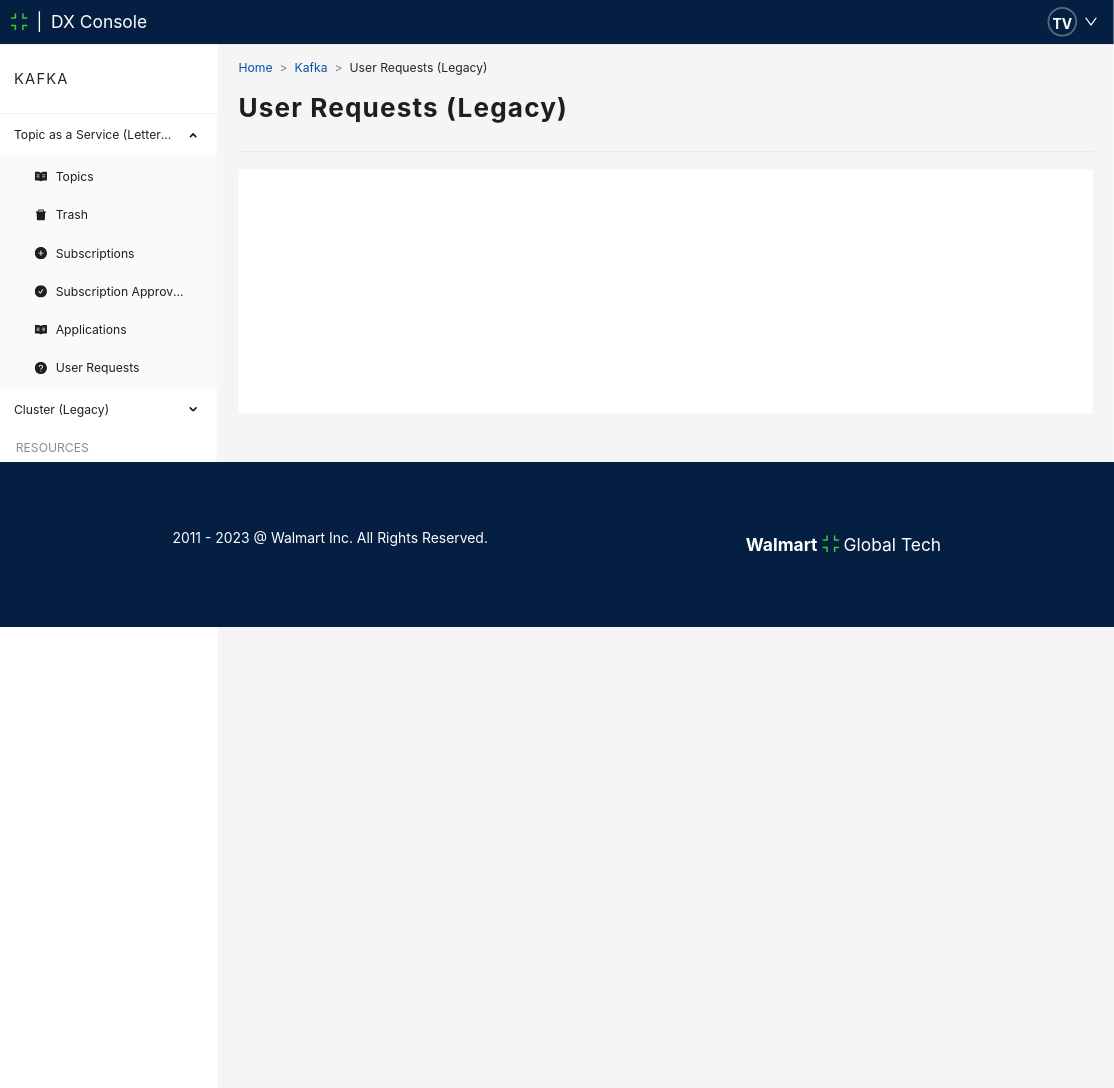
Repository: Qianying-Chai/kafka
Page: /kafka/support
An editor plug-in stored every save of this project. The page is shown before and after the next save, followed by the edit.
The browser window is 1280 px wide. The pictures show the whole page, at 87% of full size.
The project was rebuilt for these pictures with package versions that can differ from the ones it lists, and the page was loaded fresh each time. Also part of the build but not shown: src/pages/Components/ComponentsTable.jsx, src/pages/Components/ComponentsInput.jsx, src/pages/Components/ComponentsPagination.jsx, src/pages/Taas/Topics/Topics.jsx, src/pages/Taas/Trash/Style/Trash.css, src/pages/Taas/Trash/Trash.jsx, src/pages/Taas/SubscriptionApprovals/SubscriptionApprovals.jsx, src/pages/Taas/Subscriptions/SubscriptionsNonProxy/SubscriptionsNonProxy.jsx and 9 more.

Above is the page before, as saved 2024-01-12 23:30:39.

### src/index.js
import React from "react";
import ReactDOM from "react-dom/client";
import App from "./App";
import { BrowserRouter } from "react-router-dom";
import { Provider } from "react-redux";
import store from "../src/redux/store";
import "./style/index.css";

const root = ReactDOM.createRoot(document.getElementById("root"));
root.render(
  <Provider store={store}>
    <BrowserRouter>
      <App />
    </BrowserRouter>
  </Provider>
);

### src/App.js
import Header from "./pages/common/Header";
import Sider from "./pages/common/Sider.jsx";
import categoryConstants from "./pages/common/categoryConstants";
import Topics from "./pages/Taas/Topics/Topics";
import Trash from "./pages/Taas/Trash/Trash";
import SubscriptionApprovals from "./pages/Taas/SubscriptionApprovals/SubscriptionApprovals";
import SubscriptionsNonProxy from "./pages/Taas/Subscriptions/SubscriptionsNonProxy/SubscriptionsNonProxy";
import SubscriptionsProxy from "./pages/Taas/Subscriptions/SubscriptionsProxy/SubscriptionsProxy";
import Applications from "./pages/Taas/Applications/Applications";
import UserRequests from "./pages/Taas/UserRequests/UserRequests";
import Clusters from "./pages/Cluster/Clusters";
import MigratedClusters from "./pages/Cluster/MigratedClusters";
import Subscription from "./pages/Cluster/Subscription";
import UserRequestsLegacy from "./pages/Cluster/UserRequestsLegacy";
import Support from "./pages/Resources/Support";
import Footer from "./pages/common/Footer";
import { Routes, Route } from "react-router-dom";
import { Layout } from "antd";

function App() {
  return (
    <div className="App">
      <Layout>
        <Header />
        <Layout>
          <Sider />
          <Layout
            style={{
              padding: "0 24px 24px",
              height: "fit-content",
            }}
          >
            <Routes>
              <Route
                path={`kafka/${categoryConstants.TOPICS.toLowerCase()}`}
                element={<Topics />}
              />
              <Route
                path={`kafka/${categoryConstants.TRASH.toLowerCase()}`}
                element={<Trash />}
              />
              <Route
                path={`kafka/${categoryConstants.SUBSCRIPTIONS.toLowerCase()}_active_tab=nonProxy`}
                element={<SubscriptionsNonProxy />}
              />
              <Route
                path={`kafka/${categoryConstants.SUBSCRIPTIONS.toLowerCase()}_active_tab=proxy`}
                element={<SubscriptionsProxy />}
              />
              <Route
                path={`kafka/subscriptionRequests`}
                element={<SubscriptionApprovals />}
              />
              <Route
                path={`kafka/${categoryConstants.APPLICATIONS.toLowerCase()}`}
                element={<Applications />}
              />
              <Route path={`kafka/requests`} element={<UserRequests />} />
              <Route
                path={`kafka/${categoryConstants.CLUSTERS.toLowerCase()}`}
                element={<Clusters />}
              />
              <Route
                path={`kafka/migrated-clusters`}
                element={<MigratedClusters />}
              />
              <Route
                path={`kafka/mps-clusters-subscriptions`}
                element={<Subscription />}
              />
              <Route
                path={`kafka/legacy-requests`}
                element={<UserRequestsLegacy />}
              />
              <Route
                path={`kafka/${categoryConstants.SUPPORT.toLowerCase()}`}
                element={<Support />}
              />
            </Routes>
          </Layout>
        </Layout>
        <Footer />
      </Layout>
    </div>
  );
}

export default App;

### src/redux/store.jsx
import { configureStore } from "@reduxjs/toolkit";
import reducer from "./reducer";
const store = configureStore({ reducer: reducer });
export default store;

### src/pages/common/Header.jsx
import React from "react";
import "./Style/Header.css";
import { CompressOutlined, UpOutlined, DownOutlined } from "@ant-design/icons";
import { Layout } from "antd";
import { useState } from "react";
const Header = () => {
  const [login, setLogin] = useState(true);

  return (
    <Layout>
      <Layout.Header className="header">
        <div className="header-content-left">
          <CompressOutlined className="header-left-icon" />
          <span className="header-left-divider">|</span>
          <span className="header-left-dx-console">DX Console </span>
        </div>
        <div className="header-content-right">
          <div className="user">
            <div className="user-icon">TV</div>
            {login ? (
              <DownOutlined
                className="login-button"
                onClick={() => {
                  setLogin((state) => !state);
                }}
              />
            ) : (
              <UpOutlined
                className="logout-button"
                onClick={() => {
                  setLogin((state) => !state);
                }}
              />
            )}
          </div>
          <div
            className="logout-pop-up"
            style={{
              display: login ? "none" : "block",
            }}
          >
            LOGOUT
          </div>
        </div>
      </Layout.Header>
    </Layout>
  );
};
export default Header;

### src/pages/common/Sider.jsx
import React from "react";
import { Link } from "react-router-dom";
import "./Style/Sider.css";
import {
  ReadFilled,
  DeleteFilled,
  PlusCircleFilled,
  CheckCircleFilled,
  QuestionCircleFilled,
  HddFilled,
  SettingFilled,
} from "@ant-design/icons";
import { Layout, Menu, theme, ConfigProvider } from "antd";
import categoryConstants from "./categoryConstants";

const Sider = () => {
  const {
    token: { colorBgContainer },
  } = theme.useToken();

  const items = [
    {
      key: "Topic as a Service (Lettera)",
      label: "Topic as a Service (Lettera)",
      children: [
        {
          key: "Topics",
          label: (
            <Link to={`kafka/${categoryConstants.TOPICS.toLowerCase()}`}>
              {categoryConstants.TOPICS}
            </Link>
          ),
          icon: React.createElement(ReadFilled),
        },
        {
          key: "Trash",
          label: (
            <Link to={`kafka/${categoryConstants.TRASH.toLowerCase()}`}>
              {categoryConstants.TRASH}
            </Link>
          ),
          icon: React.createElement(DeleteFilled),
        },
        {
          key: "Subscriptions",
          label: (
            <Link
              to={`kafka/${categoryConstants.SUBSCRIPTIONS.toLowerCase()}_active_tab=nonProxy`}
            >
              {categoryConstants.SUBSCRIPTIONS}
            </Link>
          ),
          icon: React.createElement(PlusCircleFilled),
        },
        {
          key: "Subscription Approvals",
          label: (
            <Link to={`kafka/subscriptionRequests`}>
              {categoryConstants.SUBSCRIPTIONS_APPROVALS.replace("_", " ")}
            </Link>
          ),
          icon: React.createElement(CheckCircleFilled),
        },
        {
          key: "Applications",
          label: (
            <Link to={`kafka/${categoryConstants.APPLICATIONS.toLowerCase()}`}>
              {categoryConstants.APPLICATIONS}
            </Link>
          ),
          icon: React.createElement(ReadFilled),
        },
        {
          key: "User Requests",
          label: (
            <Link to={`kafka/requests`}>
              {categoryConstants.USER_REQUESTS.replace("_", " ")}
            </Link>
          ),
          icon: React.createElement(QuestionCircleFilled),
        },
      ],
    },
    {
      label: <div>Cluster (Legacy)</div>,
      key: "Cluster (Legacy)",
      children: [
        {
          key: "Clusters",
          label: (
            <Link to={`kafka/${categoryConstants.CLUSTERS.toLowerCase()}`}>
              {categoryConstants.CLUSTERS}
            </Link>
          ),
          icon: React.createElement(HddFilled),
        },
        {
          key: "Migrated Clusters",
          label: (
            <Link to={`kafka/migrated-clusters`}>
              {categoryConstants.MIGRATED_CLUSTERS.replace("_", " ")}
            </Link>
          ),
          icon: React.createElement(HddFilled),
        },
        {
          key: "Subscription",
          label: (
            <Link to={`kafka/mps-clusters-subscriptions`}>
              {categoryConstants.SUBSCRIPTION}
            </Link>
          ),
          icon: React.createElement(PlusCircleFilled),
        },
        {
          key: "User Requests (Legacy)",
          label: (
            <Link to={`kafka/legacy-requests`}>User Requests (Legacy)</Link>
          ),
          icon: React.createElement(QuestionCircleFilled),
        },
      ],
    },
    {
      label: <div>RESOURCES</div>,
      type: "group",
      key: "RESOURCES",
      children: [
        {
          key: "Supprot",
          label: (
            <Link to={`kafka/${categoryConstants.SUPPORT.toLowerCase()}`}>
              {categoryConstants.SUPPORT}
            </Link>
          ),
          icon: React.createElement(SettingFilled),
        },
      ],
    },
  ];

  return (
    <ConfigProvider
      theme={{
        components: {
          Menu: {
            itemHoverBg: "",
            itemHoverColor: "#1890ff",
            padding: 30,
          },
          Tabs: {
            inkBarColor: "rgb(4, 31, 65)",
          },
        },
      }}
    >
      <Layout.Sider
        className="sider"
        width={"250px"}
        style={{
          background: colorBgContainer,
        }}
      >
        <div className="slider-top">
          <span className="slider-top-content">KAFKA</span>
        </div>
        <div
          style={{
            marginLeft: "-12px",
          }}
        >
          <div></div>
          <Menu
            mode="inline"
            items={items}
            defaultOpenKeys={["Topic as a Service (Lettera)", "RESOURCES"]}
            style={{
              color: "#041f41",
            }}
          />
        </div>
      </Layout.Sider>
    </ConfigProvider>
  );
};
export default Sider;

### src/pages/common/categoryConstants.jsx
const categoryConstants = {
  TOPICS: "Topics",
  TRASH: "Trash",
  SUBSCRIPTIONS: "Subscriptions",
  SUBSCRIPTIONS_APPROVALS: "Subscription Approvals",
  APPLICATIONS: "Applications",
  USER_REQUESTS: "User Requests",
  CLUSTERS: "Clusters",
  MIGRATED_CLUSTERS: "Migrated Clusters",
  SUBSCRIPTION: "Subscription",
  USERE_REQUESTS_LEGACY: "User Requests (Legacy)",
  SUPPORT: "Support",
};

export default categoryConstants;

### src/pages/Resources/Support.jsx
import React from "react";
import ComponentsTable from "../Components/ComponentsTable";
import ComponentsInput from "../Components/ComponentsInput";
import ComponentsPagination from "../Components/ComponentsPagination";
import categoryConstants from "../common/categoryConstants";
import ComponentsTitle from "../Components/ComponentsTitle";
import ComponentsBreadcrumb from "../Components/ComponentsBreadcrumb";
import ComponentsContent from "../Components/ComponentsContent";

import { Space, Tag } from "antd";
import { ExportOutlined } from "@ant-design/icons";

const Support = () => {
  return (
    <>
      <div>
        <ComponentsBreadcrumb
          items={[
            {
              title: "Home",
            },
            {
              title: "Kafka",
            },
            {
              title: categoryConstants.USERE_REQUESTS_LEGACY,
            },
          ]}
        />
        <div className="content-banner">
          <ComponentsTitle title={categoryConstants.USERE_REQUESTS_LEGACY} />
        </div>
      </div>
      <ComponentsContent title={categoryConstants.SUPPORT}></ComponentsContent>
    </>
  );
};
export default Support;

### src/pages/common/Footer.jsx
import React from "react";
import { Layout } from "antd";
import { CompressOutlined } from "@ant-design/icons";
import "./Style/Footer.css";

const Footer = () => {
  return (
    <Layout.Footer className="footer">
      <div className="footer-text-left">
        2011 - 2023 @ Walmart Inc. All Rights Reserved.
      </div>
      <div className="footer-text-right">
        <span className="footer-text-right-walmart">Walmart</span>
        <CompressOutlined className="footer-icon" />
        <span className="footer-text-right-global-tech">Global Tech</span>
      </div>
    </Layout.Footer>
  );
};

export default Footer;

### src/redux/reducer.jsx
import { SET_PATH_NAME, SET_SELECTED_TAAS_SUBSCRIPTIONS } from "./constants";
const initialState = {
  pathName: "",
  selectedTaasSubscriptions: "nonProxy",
};
const reducer = (state = initialState, action) => {
  const { type, payload } = action;
  switch (type) {
    case SET_PATH_NAME:
      return { ...state, pathName: payload };
    case SET_SELECTED_TAAS_SUBSCRIPTIONS:
      return { ...state, selectedTaasSubscriptions: payload };
    default:
      return state;
  }
};

export default reducer;

### src/pages/common/Style/Header.css
.header {
  justify-content: space-between;
  padding: 0 12px;
  background-color: rgb(4, 31, 65);
  height: 51px;
  line-height: 51px;
  color: #ffffff;
}

.header,
.user {
  display: flex;
}

.header-content-left {
  font-size: 20px;
}

.header-left-icon {
  color: #32cd32;
}

.header-left-divider {
  margin: 0 10px;
}

.header-content-right {
  font-weight: bolder;
  flex-direction: column;
  font-size: 1rem;
  width: 76px;
  padding-left: 12px;
}

.user {
  margin: 8px 0px;
}
.user-icon {
  height: 34px;
  line-height: 34px;
  width: 34px;
  border-radius: 50%;
  text-align: center;
}
.user-icon,
.logout-pop-up {
  border: 2px solid rgba(225, 225, 225, 0.4);
}

.login-button,
.logout-button {
  padding-left: 8px;
}

.logout-pop-up {
  transition: all 10s ease-out;
  width: 100px;
  height: 60px;
  line-height: 60px;
  position: absolute;
  right: 0px;
  z-index: 999;
  font-size: 15px;
  letter-spacing: 1pt;
  text-align: center;
  justify-content: center;
  color: rgb(94, 91, 91);
  box-shadow: 0px 0px 4px 4px rgba(176, 174, 174, 0.4);
}

### src/pages/common/Style/Sider.css
.sider {
  min-height: 1200px;
}

.slider-top {
  height: 80px;
  border-bottom: 1px solid rgb(239, 239, 239);
}
.slider-top-content {
  height: 100%;
  display: flex;
  align-items: center;
  margin-left: 16px;
  letter-spacing: 1pt;
  font-size: 17px;
  color: #000000d9;
}

### src/pages/Components/ComponentsContent.jsx
import React from "react";
import "../common/Style/Content.css";
import { Layout, theme } from "antd";

const ComponentsContent = (props) => {
  const {
    token: { colorBgContainer },
  } = theme.useToken();

  return (
    <div>
      <Layout.Content
        style={{
          padding: "20px 32px 32px",
          minHeight: 280,
          background: colorBgContainer,
        }}
        {...props}
      ></Layout.Content>
    </div>
  );
};
export default ComponentsContent;

### src/pages/Components/ComponentsBreadcrumb.jsx
import React from "react";
import { Breadcrumb, ConfigProvider } from "antd";

const ComponentsBreadcrumb = (props) => {
  return (
    <ConfigProvider
      theme={{
        components: {
          Breadcrumb: {
            lastItemColor: "#000000D9",
            linkColor: "#075179",
            itemColor: "#0751A9",
            linkHoverColor: "#F5F5F5",
          },
          token: {
            colorBgTextHover: "#F5F5F5",
          },
        },
      }}
    >
      <div>
        <Breadcrumb
          style={{
            margin: "16px 0",
          }}
          separator=">"
          items={props.items}
        ></Breadcrumb>
      </div>
    </ConfigProvider>
  );
};
export default ComponentsBreadcrumb;

### src/pages/Components/ComponentsTitle.jsx
import React from "react";
import { Typography, ConfigProvider } from "antd";
const { Title } = Typography;

const ComponentsTitle = (props) => {
  return (
    <>
      <ConfigProvider
        theme={{
          components: {
            token: {
              colorText: "#041E42",
            },
          },
        }}
      >
        <Title level={2} style={{ fontWeight: "bold" }}>
          {props.title}
        </Title>
      </ConfigProvider>
    </>
  );
};

export default ComponentsTitle;

### src/pages/common/Style/Footer.css
.footer {
  text-emphasis-style: center;
  background-color: #041f41;
  color: white;
  display: flex;
  justify-content: space-around;
  height: 189px;
  align-items: center;
  width: 100%;
  position: fixed;
  bottom: 0;
}

.footer-icon {
  font-size: 20px;
  color: #32cd32;
}

.footer-text-left {
  font-size: 16px;
  margin-bottom: 16px;
}

.footer-text-right {
  font-size: 20px;
}

.footer-text-right-walmart {
  font-weight: bold;
  padding-right: 5px;
}

.footer-text-right-global-tech {
  padding-left: 5px;
}

### src/redux/constants.jsx
const SET_PATH_NAME = "SET_PATH_NAME";
const SET_SELECTED_TAAS_SUBSCRIPTIONS = "SET_SELECTED_TAAS_SUBSCRIPTIONS";
export { SET_PATH_NAME };
export { SET_SELECTED_TAAS_SUBSCRIPTIONS };

### src/pages/common/Style/Content.css
.content-banner {
  height: 70px;
  display: flex;
  justify-content: space-between;
  background-color: #f5f5f5;
  color: #041e42;
  letter-spacing: 1pt;
  border-bottom: 1px solid rgba(167, 164, 164, 0.3);
  margin-bottom: 20px;
  padding-bottom: 15px;
}

.content-banner-button {
  background-color: #041f41;
  color: #ffffff;
}

.content-text {
  margin: 24px 0 20px;
}

Loaded but not shown: public/index.html (common file); src/style/index.css (common file)

After the next save:
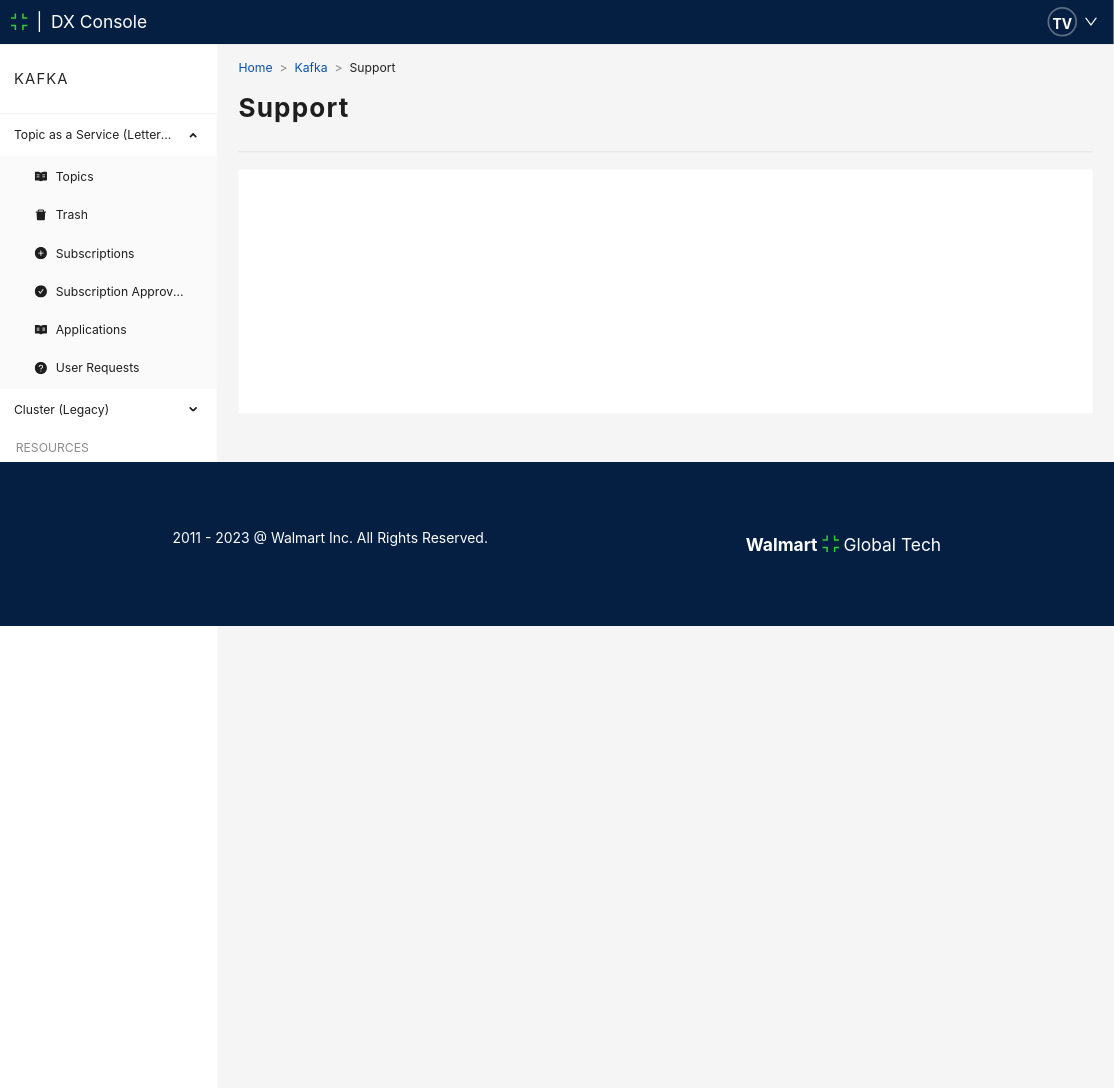
Saved 26 s later.
--- a/src/pages/Resources/Support.jsx
+++ b/src/pages/Resources/Support.jsx
@@ -23,12 +23,12 @@
               title: "Kafka",
             },
             {
-              title: categoryConstants.USERE_REQUESTS_LEGACY,
+              title: categoryConstants.SUPPORT,
             },
           ]}
         />
         <div className="content-banner">
-          <ComponentsTitle title={categoryConstants.USERE_REQUESTS_LEGACY} />
+          <ComponentsTitle title={categoryConstants.SUPPORT} />
         </div>
       </div>
       <ComponentsContent title={categoryConstants.SUPPORT}></ComponentsContent>
